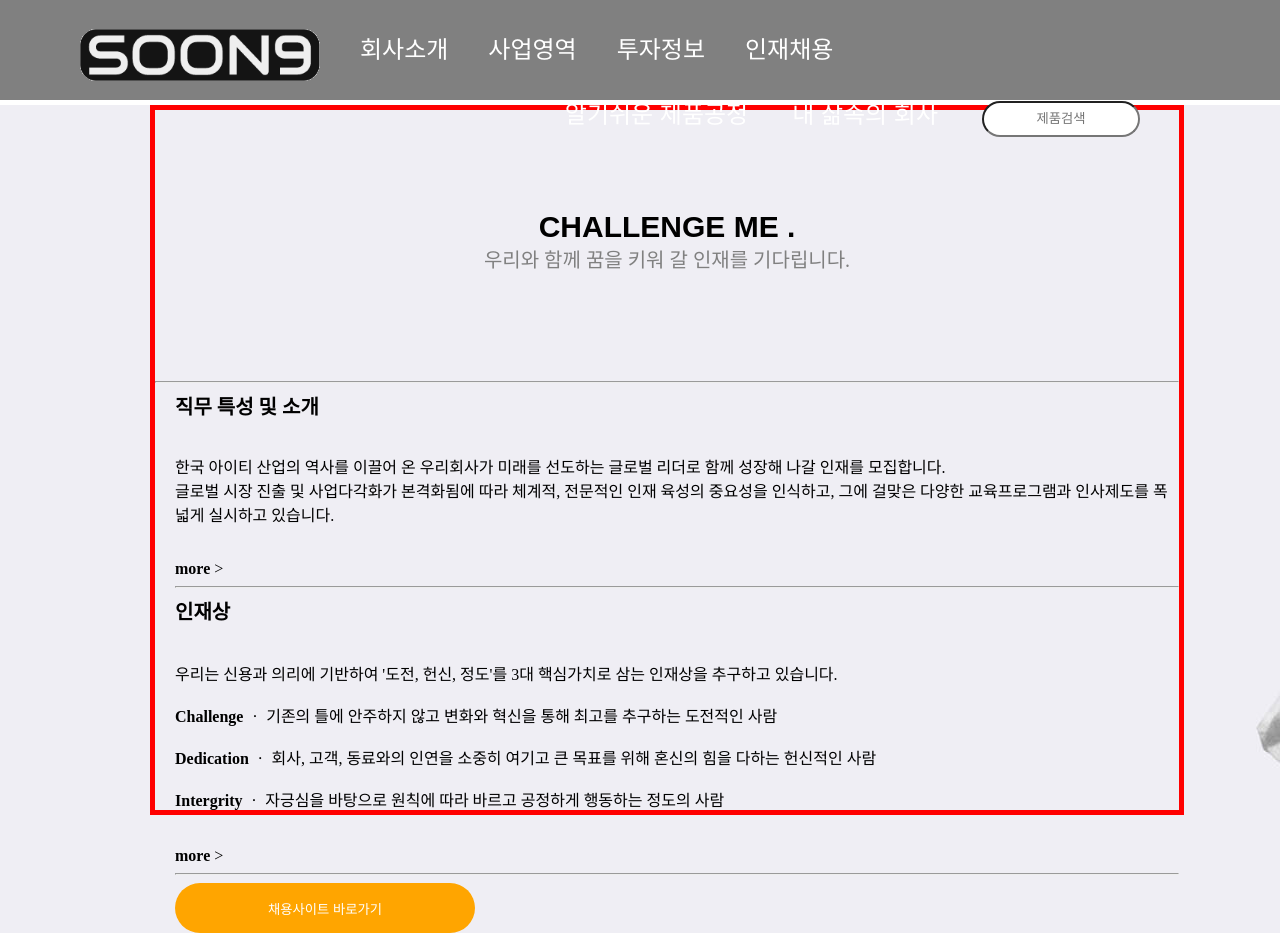
Repository: golddrone7/front
Page: http://localhost/soon9/
The author's editor kept a copy of each file at every save. The page is drawn from the files as they stood at one save, then again after the next save.
The browser window is 1280 px wide. The pictures show the whole page.
The page is served by Tomcat 9.

Above is the page before, as saved 2023-03-02 02:53:51.

### soon9/src/main/webapp/index.html
<!DOCTYPE html>
<html>
<head>
<meta charset="UTF-8">
<title>Insert title here</title>
<link rel="stylesheet" href="css/header.css">
<link rel="stylesheet" href="css/main.css">

</head>
<body>
<div class="header">
	<div class="logo">
		<img alt="logo" src="img/logo1.png">
	</div>
	<div class="left-menu">
		<span><a href="#">회사소개</a></span>
		<span><a href="#">사업영역</a></span>
		<span><a href="#">투자정보</a></span>
		<span><a href="#">인재채용</a></span>
	</div>
	<div class="right-menu">
		<span><a href="#">알기쉬운 제품공정</a></span>
		<span><a href="#">내 삶속의 회사</a></span>
		<span><input class="search" type="text" placeholder="제품검색" name="product-search" size="10"></span>
	</div>

</div>
<div class="main">
	<div class="subject">
	 <div>CHALLENGE ME .</div>
	 <div>우리와 함께 꿈을 키워 갈 인재를 기다립니다.</div>
	</div>
	<hr>
	<div class="content">
		<div class="content-main">직무 특성 및 소개</div><br>
			<div>
			<p>
			한국 아이티 산업의 역사를 이끌어 온 우리회사가 미래를 선도하는 글로벌 리더로 함께 성장해 나갈 인재를 모집합니다.<br>
			글로벌 시장 진출 및 사업다각화가 본격화됨에 따라 체계적, 전문적인 인재 육성의 중요성을 인식하고, 그에 걸맞은 다양한 교육프로그램과 인사제도를 폭넓게 실시하고 있습니다.<br>
			</p>
			</div>

		<br>
		<b>more</b> > <br><hr>

		<div class="content-main">인재상</div>
		<br><br>
		우리는 신용과 의리에 기반하여 '도전, 헌신, 정도'를 3대 핵심가치로 삼는 인재상을 추구하고 있습니다.<br><br>
		<b>Challenge</b> ㆍ 기존의 틀에 안주하지 않고 변화와 혁신을 통해 최고를 추구하는 도전적인 사람<br><br>
		<b>Dedication</b> ㆍ 회사, 고객, 동료와의 인연을 소중히 여기고 큰 목표를 위해 혼신의 힘을 다하는 헌신적인 사람<br><br>
		<b>Intergrity</b> ㆍ 자긍심을 바탕으로 원칙에 따라 바르고 공정하게 행동하는 정도의 사람
		<br><br><br>
		<b>more</b> >
		<hr>

		<button>채용사이트 바로가기</button>
	</div>
</div>




</body>
</html>

### soon9/src/main/webapp/css/header.css
@charset "UTF-8";

body{
	margin : 0px;

}

a{
	text-decoration: none;
	color: white;
	font-style: bold;
	font-size: 24px;
	font-family: sans-serif;
}

.left-menu span{
	float: left;
	margin-top : 30px;
	margin-left: 40px;

}

.left-menu span:first-child{
	margin-left: 360px;
}


.right-menu span{
	margin-right: 40px;
}

.right-menu{
	float: right;
	margin-top : 30px;
	margin-right: 100px;
}

.search{
	border-radius: 100px;
	height : 30px;
	width : 150px;
	text-align: center;
}

.header{
	height : 100px;
	width : 100%;
	background-color : gray;
	border-bottom: 5px solid white;
}

.logo{
	position: absolute;
	top : -20px;
	left : 50px;

}

### soon9/src/main/webapp/css/main.css
@charset "UTF-8";


body{
	background-image : url('../img/me.jpg');
	height: 700px;
	width : 100%;
}

.main{
	margin-left : 150px;
	width: 80%;
	height : 100%;
	border: 5px solid red;
	background-size : cover;
}

.subject{
	text-align: center;
	padding: 100px 0px;
	width : 100%;
}
.subject div:first-child{
	font-size: 30px;
	font-family: sans-serif;
	font-weight: bold;
}
.subject div:last-child{
	font-size: 20px;
	color: gray;
}

.content{
	margin-left: 20px;
}

.content-main{
	font-weight: bold;
	font-size: 20px;
}

button {
	width : 300px;
	height : 50px;
	border-style : none;
	border-radius : 100px;
	background-color : orange;
	color: white;
}

After the next save:
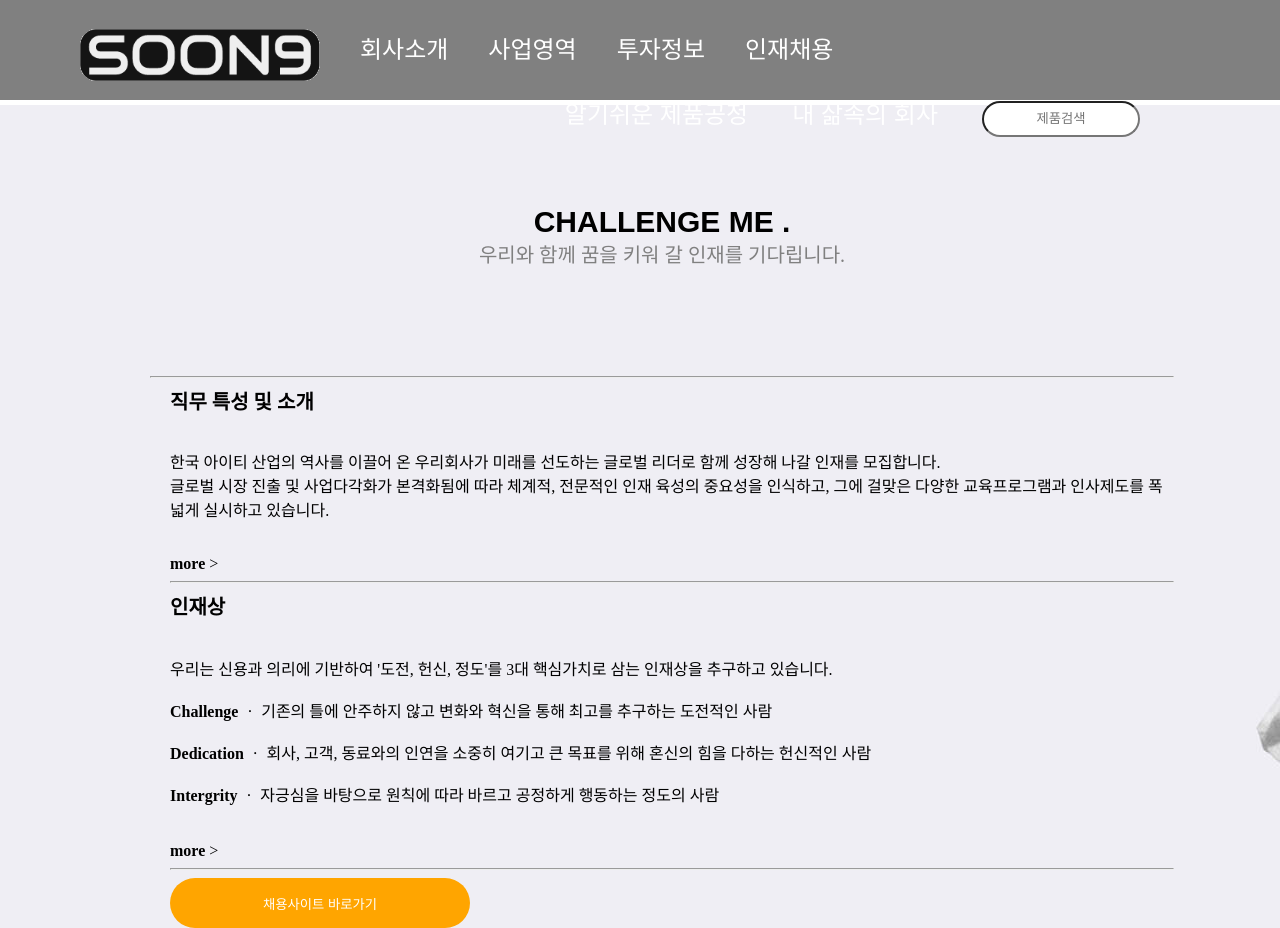
Saved 50 s later.
--- a/soon9/src/main/webapp/css/main.css
+++ b/soon9/src/main/webapp/css/main.css
@@ -11,7 +11,7 @@
 	margin-left : 150px;
 	width: 80%;
 	height : 100%;
-	border: 5px solid red;
+
 	background-size : cover;
 }
 
